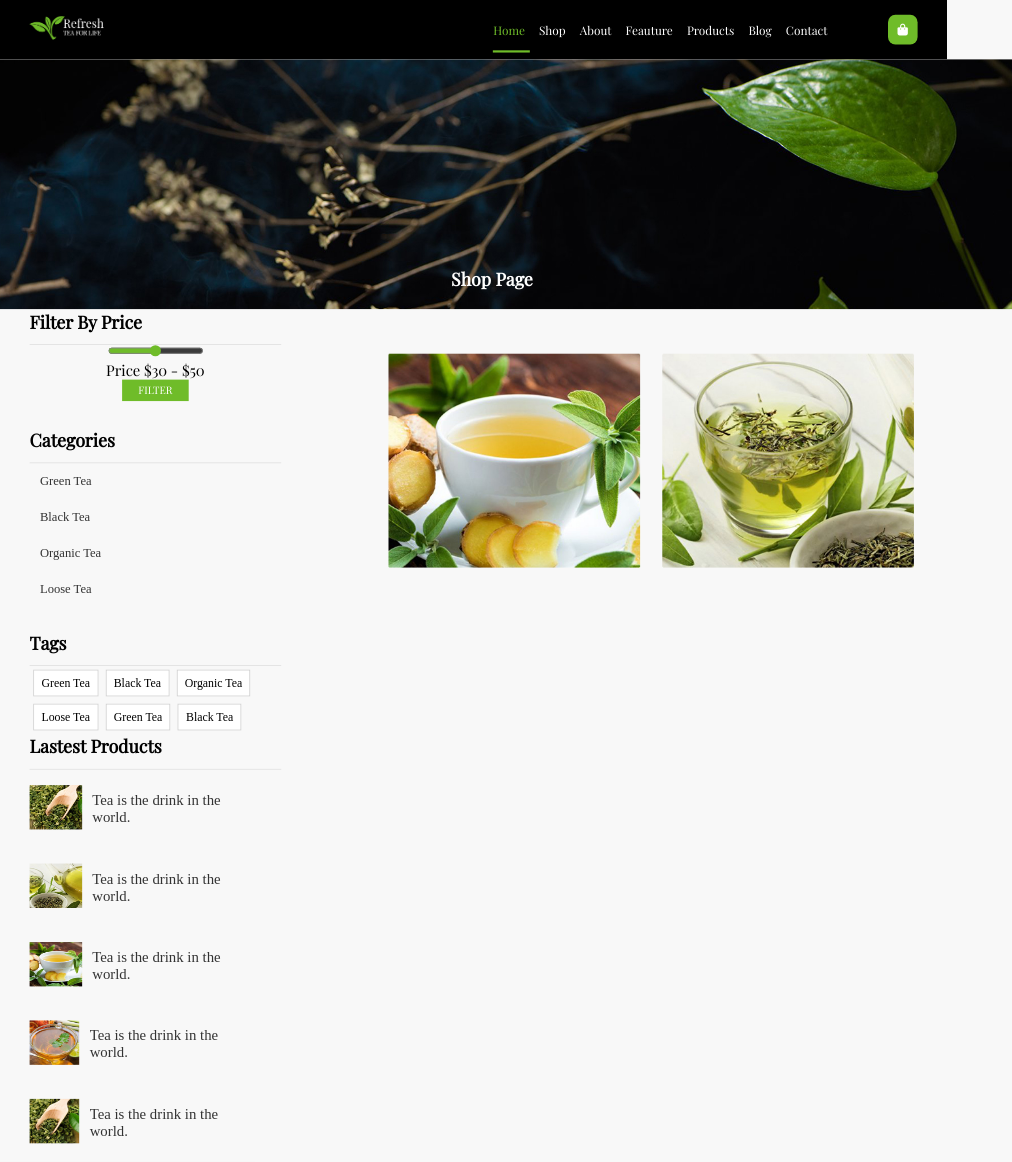
Repository: 52hzwhaleblue/school_teashop
Page: shop.html
These files come from the project's save history. The page is drawn as it stood at one moment and after the next save; the edit follows.
The browser window is 1280 px wide. The page is 1368 px wide, so the pictures cover 1368 px, including what lies to the right of the window. The pictures show the whole page, at 74% of full size.
Some web libraries are served in a nearby version.

Above is the page before, as saved 2022-05-04 23:15:44.

After the next save:
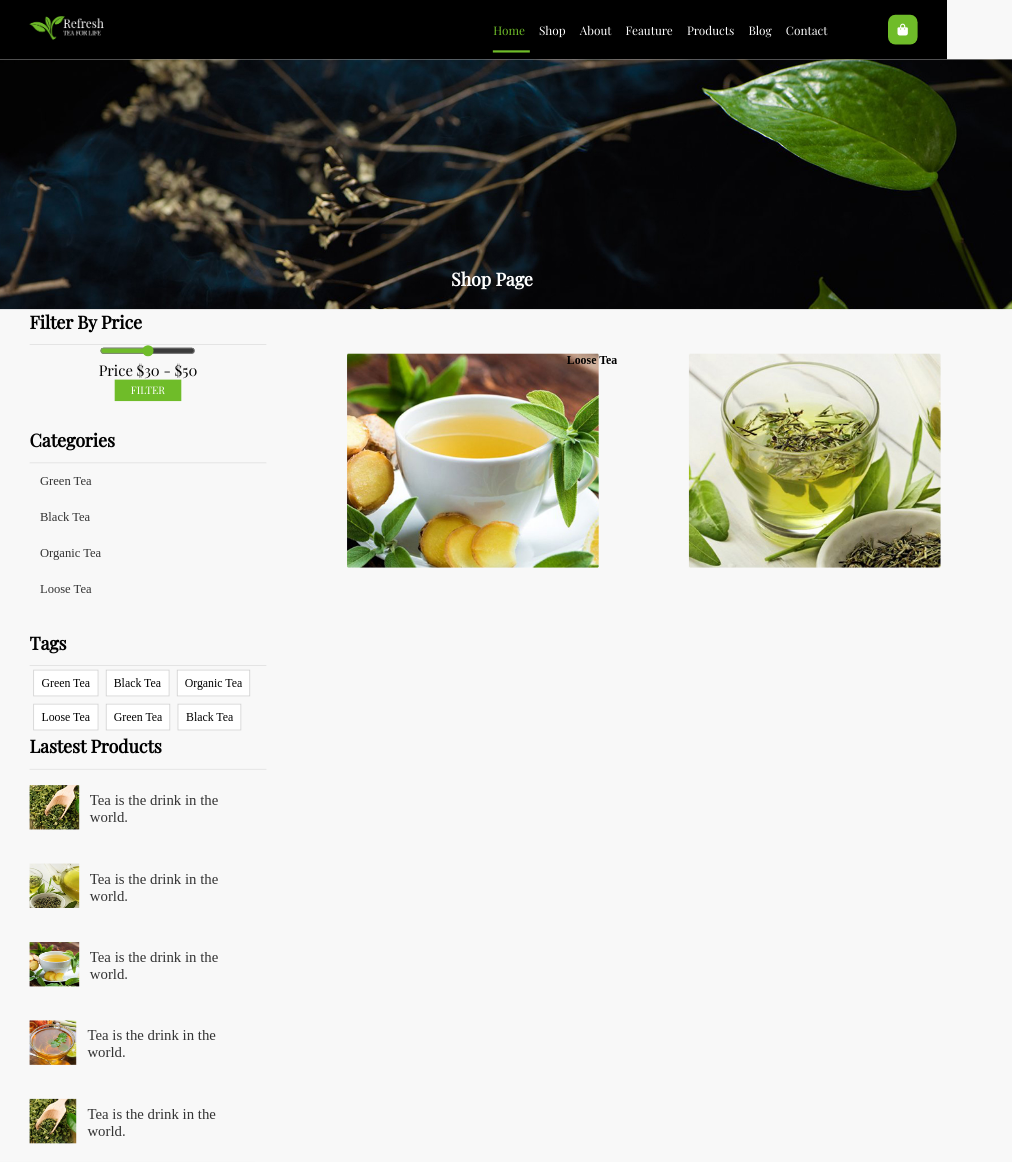
Saved 3 min 8 s later.
--- a/shop.html
+++ b/shop.html
@@ -176,6 +176,9 @@
                     <div class="shop">
                         <img src="images/product-8.jpg">
                     </div>
+                    <div class="shopname">
+                        <h4>Loose Tea</h4>
+                    </div>
                     <div class="shop">
                         <img src="images/product-9.jpg">
                     </div>
